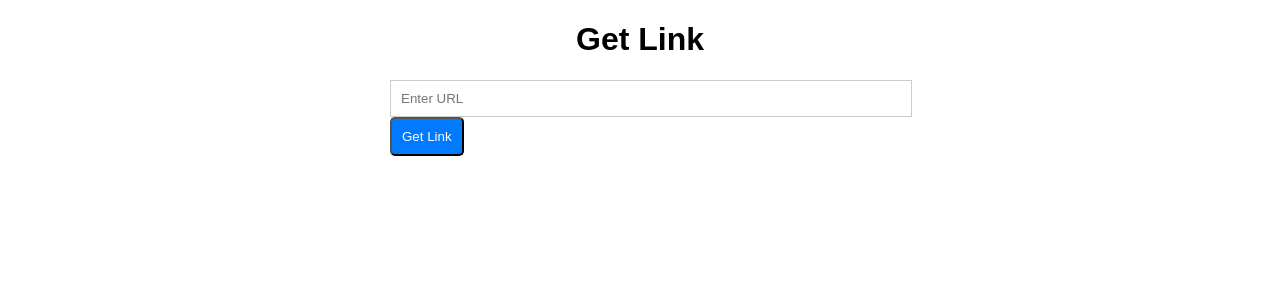
Repository: Dongnguyen318/Quydong
Page: Day 31/index.html
An editor plug-in stored every save of this project. The page is shown before and after the next save, followed by the edit.
The browser window is 1280 px wide. The pictures show the whole page.

Above is the page before, as saved 2023-10-07 21:04:49.

After the next save:
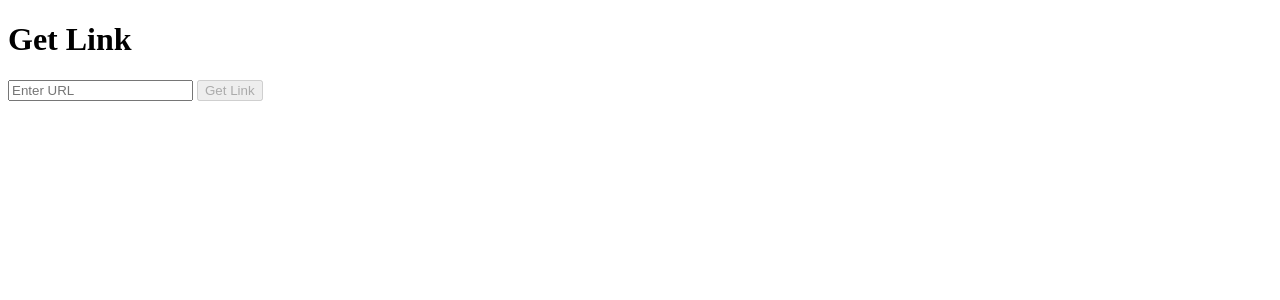
Not found: Day 31/style.css
Saved 3 min 18 s later.
--- a/Day 31/index.html
+++ b/Day 31/index.html
@@ -2,18 +2,18 @@
 <html lang="en">
   <head>
     <meta charset="UTF-8" />
-    <meta name="viewport" content="width=device-width, initial-scale=1.0" />
-    <title>Document</title>
-    <link rel="stylesheet" href="./css.css" />
+    <title>Get Link</title>
+    <link rel="stylesheet" href="style.css" />
   </head>
   <body>
     <div class="container">
       <h1>Get Link</h1>
       <form action="" method="post">
         <input type="text" name="url" placeholder="Enter URL" />
-        <button type="submit">Get Link</button>
+        <button type="submit" disabled>Get Link</button>
       </form>
       <div class="links"></div>
+      <div class="timer"></div>
     </div>
   </body>
 </html>
